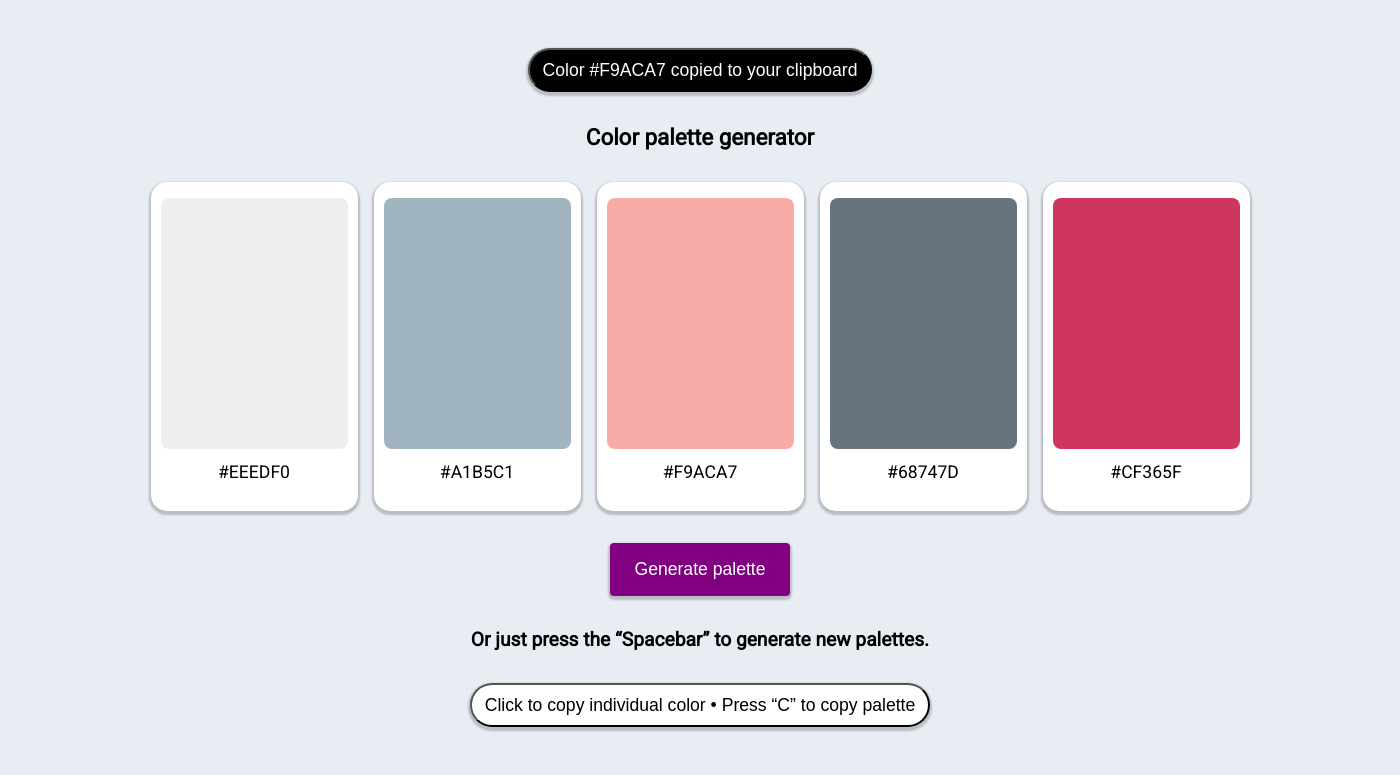
Repository: Hcmwebs/Color-Palette-Generator
Page: index.html
The author's editor kept a copy of each file at every save. The page is drawn from the files as they stood at one save, then again after the next save.
The browser window is 1280 px wide. The page is 1400 px wide, so the pictures cover 1400 px, including what lies to the right of the window. The pictures show the whole page.

Above is the page before, as saved 2020-08-09 00:51:11.

### index.html
<!DOCTYPE html>
<html lang="en">
<head>
    <meta charset="UTF-8">
    <meta name="viewport" content="width=device-width, initial-scale=1.0">
    <link rel="stylesheet" href="styles.css">
    <title>Color Pallete Generator</title>
</head>
<body>
    <div class="container">

        <button class="btn">Color #F9ACA7 copied to your clipboard</button>
        <h2>Color palette generator</h2>
        <div class="card">
            <div class="card__item">
                <div class="card__color card__color--lightPurpleish"></div>
                <div class="card__tag">#EEEDF0</div>
            </div>

            <div class="card__item">
                <div class="card__color card__color--lightBlueGreenish"></div>
                <div class="card__tag">#A1B5C1</div>
            </div>

            <div class="card__item card__item--active">
                <div class="card__color card__color--lightReddish"></div>
                <div class="card__tag">#F9ACA7</div>
            </div>

            <div class="card__item">
                <div class="card__color card__color--lightBluish"></div>
                <div class="card__tag">#68747D</div>
            </div>

            <div class="card__item">
                <div class="card__color card__color--reddish"></div>
                <div class="card__tag">#CF365F</div>
            </div>

        </div>
        <button class="btn btn--generate">Generate palette</button>
        <h3>Or just press the “Spacebar” to generate new palettes.</h3>
        <button class="btn btn--white">Click to copy individual color • Press “C” to copy palette</button>
    </div>
</body>
</html>

### styles.css
@import url('https://fonts.googleapis.com/css2?family=Roboto:wght@300;400&display=swap');

* {
  box-sizing: border-box;
  margin: 0;
  padding: 0;
}

body {
  font-family: 'Roboto', sans-serif;
  font-weight: 300;
  font-size: 10px;
  width: 100vw;
  height: 100vh;
  display: grid;
  place-items: center;
  background-color: rgba(124, 107, 107, 0.274);
}
h2,
h3 {
  font-weight: light;
  margin: 2rem;
  text-align: center;
}
h2 {
  font-size: 1.4rem;
}

h3 {
  font-size: 1.2rem;
}
.container {
  width: 1400px;
  max-width: 100%;
  overflow: hidden;
  margin: auto;
  padding: 3rem 0;
  display: flex;
  flex-direction: column;
  justify-content: space-between;
  align-items: center;
  background-color: #e8ecf3;
}

.btn {
  cursor: pointer;
  font-size: 1.1rem;
  margin: auto;
  padding: 0.6rem 0.8rem;
  border-radius: 2.5rem;
  background-color: #000;
  color: #fff;
  box-shadow: 0px 2px 2px 2px rgba(0, 0, 0, 0.2);
  transition: all 0.7s ease-in;
}

.btn:hover {
  transform: scale(1.01);
  box-shadow: 0px 5px 4px 5px rgba(0, 0, 0, 0.5);
}
.card {
  display: grid;
  grid-template-columns: repeat(5, 1fr);
  gap: 1rem;
  justify-content: center;
}
.card__item {
  width: 207px;
  height: 329px;
  padding: 1rem;
  border-radius: 1rem;
  box-shadow: 0px 2px 2px 2px rgba(0, 0, 0, 0.2);
  display: flex;
  flex-direction: column;
  justify-content: space-between;
  align-items: center;
  background-color: #fff;
  cursor:pointer;
  transition: all 0.7s ease-in-out;
}

.card__item:hover {
  box-shadow: 0px 5px 4px 5px rgba(0, 0, 0, 0.5);
  transform: scale(1.01);
}

.card__color {
  width: 187px;
  height: 251px;
  border-radius: 0.5rem;
  padding-bottom: 1rem;
}
.card__color--lightPurpleish {
  background-color: #eeedf0;
}

.card__color--lightBlueGreenish {
  background-color: #a1b5c1;
}

.card__color--lightReddish {
  background-color: #f9aca7;
}

.card__color--lightBluish {
  background-color: #68747d;
}

.card__color--reddish {
  background-color: #cf365f;
}
.card__tag {
  font-size: 1.1rem;
  font-weight: 400;
  margin: auto;
}

.btn--generate {
  background-color: purple;
  color: #fff;
  border-radius: 4px;
  border: none;
  margin-top: 2rem;
  padding: 1rem 1.5rem;
  cursor: pointer;
}
.btn--white {
  background-color: #fff;
  color: #000;
}
@media (max-width: 900px) {
  body {
    height: auto;
    padding: 0rem 2rem;
  }
  .container {
    min-width: 620px;
    width: 100%;
  }
  .card {
    grid-template-columns: repeat(2, 1fr);
  }
}
@media (max-width: 600px) {
  .container {
    min-width: 300px;
    width: 100%;
  }
  .card {
    grid-template-columns: 1fr;
  }
  .btn {
    width: 80%;
  }
}

After the next save:
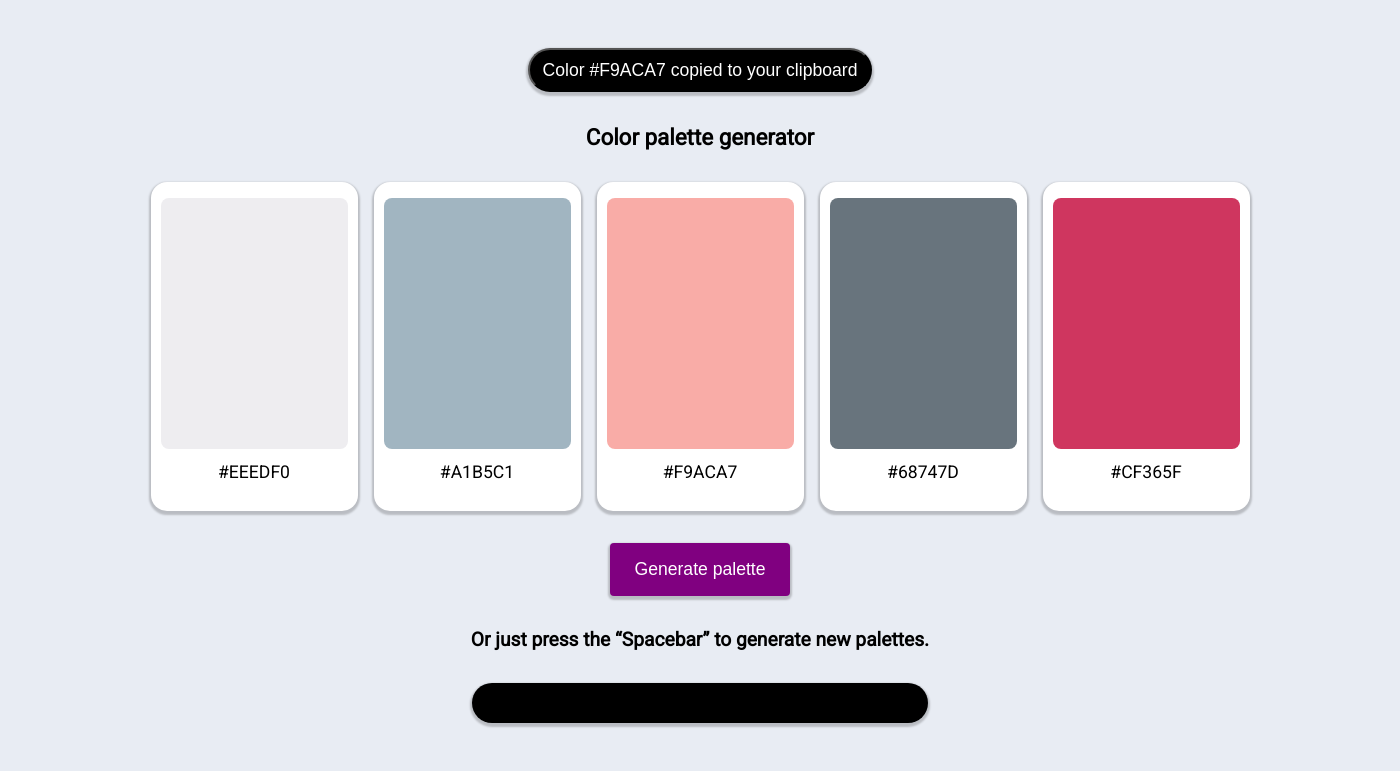
Saved 8 min 31 s later.
--- a/styles.css
+++ b/styles.css
@@ -125,8 +125,10 @@ h3 {
   cursor: pointer;
 }
 .btn--white {
-  background-color: #fff;
+  border:none;
   color: #000;
+
+
 }
 @media (max-width: 900px) {
   body {
